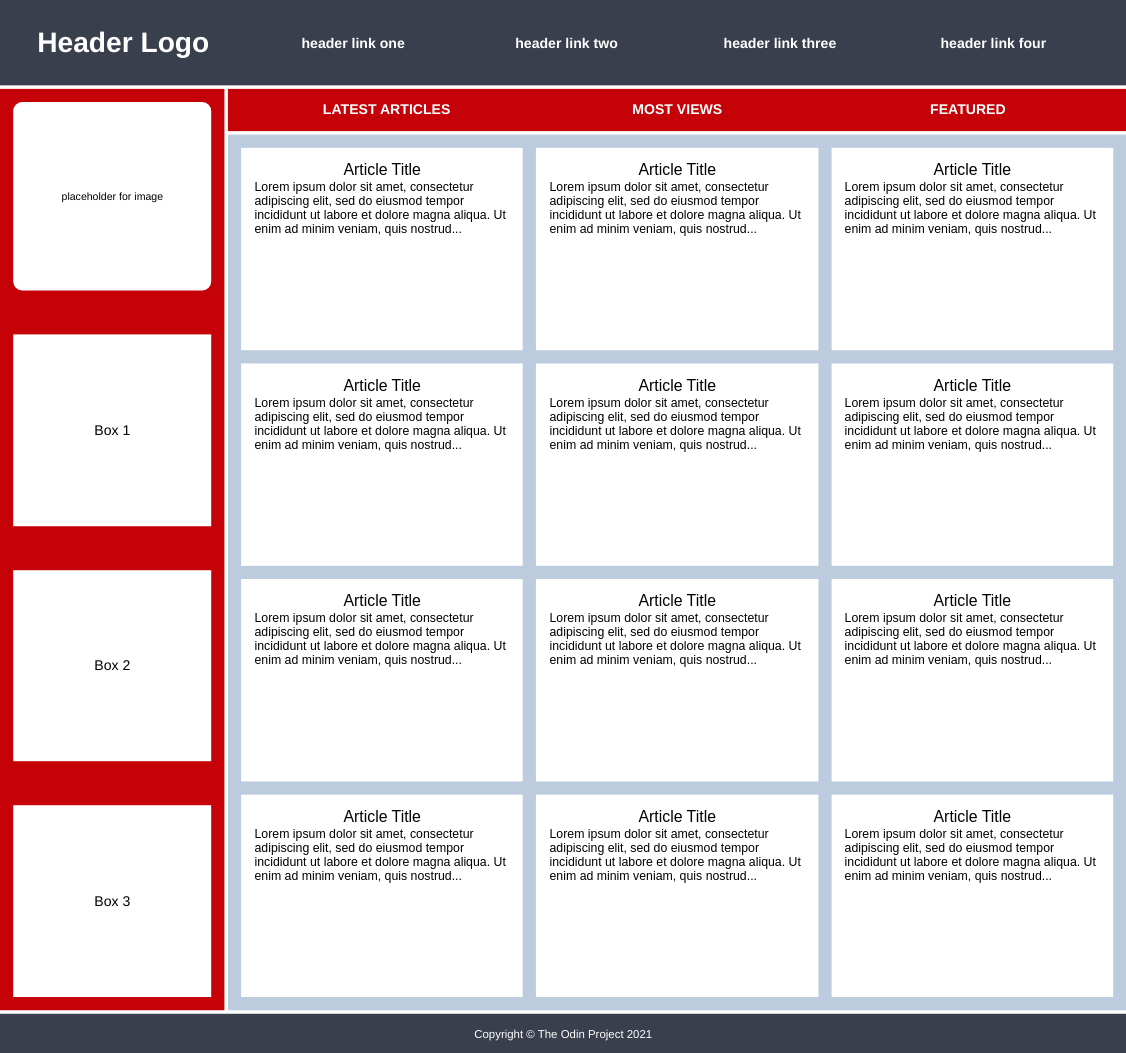
Repository: gkintu/css-exercises
Page: intermediate-html-css/advanced-grid/02-holy-grail-mockup/index.html
These files come from the project's save history. The page is drawn as it stood at one moment and after the next save; the edit follows.
The browser window is 1280 px wide. The pictures show the whole page, at 88% of full size.

Above is the page before, as saved 2025-03-04 11:14:17.

### intermediate-html-css/advanced-grid/02-holy-grail-mockup/index.html
<!DOCTYPE html>
<html lang="en">
  <head>
    <meta charset="UTF-8">
    <meta http-equiv="X-UA-Compatible" content="IE=edge">
    <meta name="viewport" content="width=device-width, initial-scale=1.0">
    <title>Holy Grail Mockup</title>
    <link rel="stylesheet" href="style.css">
  </head>
  <body>
    <div class="container">

      <div class="header">
        <div class="logo">Header Logo</div>
        <div class="menu">
          <ul>
            <li>header link one</li>
            <li>header link two</li>
            <li>header link three</li>
            <li>header link four</li>
          </ul>
        </div>
      </div>

      <div class="sidebar">
        <div class="photo">
          <p>placeholder for image</p>
        </div>
        <div class="side-content">Box 1
        </div>
        <div class="side-content">Box 2
        </div>
        <div class="side-content">Box 3
        </div>
      </div>

      <div class="nav">
        <ul>
          <li>Latest Articles</li>
          <li>Most Views</li>
          <li>Featured</li>
        </ul>
      </div>

      <div class="article">
        <div class="card">
          <p class="title">Article Title</p>
          <p>Lorem ipsum dolor sit amet, consectetur adipiscing elit, sed do eiusmod tempor incididunt ut labore et dolore magna aliqua. Ut enim ad minim veniam, quis nostrud...</p>
        </div>
        <div class="card">
          <p class="title">Article Title</p>
          <p>Lorem ipsum dolor sit amet, consectetur adipiscing elit, sed do eiusmod tempor incididunt ut labore et dolore magna aliqua. Ut enim ad minim veniam, quis nostrud...</p>
        </div>
        <div class="card">
          <p class="title">Article Title</p>
          <p>Lorem ipsum dolor sit amet, consectetur adipiscing elit, sed do eiusmod tempor incididunt ut labore et dolore magna aliqua. Ut enim ad minim veniam, quis nostrud...</p>
        </div>
        <div class="card">
          <p class="title">Article Title</p>
          <p>Lorem ipsum dolor sit amet, consectetur adipiscing elit, sed do eiusmod tempor incididunt ut labore et dolore magna aliqua. Ut enim ad minim veniam, quis nostrud...</p>
        </div>
        <div class="card">
          <p class="title">Article Title</p>
          <p>Lorem ipsum dolor sit amet, consectetur adipiscing elit, sed do eiusmod tempor incididunt ut labore et dolore magna aliqua. Ut enim ad minim veniam, quis nostrud...</p>
        </div>
        <div class="card">
          <p class="title">Article Title</p>
          <p>Lorem ipsum dolor sit amet, consectetur adipiscing elit, sed do eiusmod tempor incididunt ut labore et dolore magna aliqua. Ut enim ad minim veniam, quis nostrud...</p>
        </div>
        <div class="card">
          <p class="title">Article Title</p>
          <p>Lorem ipsum dolor sit amet, consectetur adipiscing elit, sed do eiusmod tempor incididunt ut labore et dolore magna aliqua. Ut enim ad minim veniam, quis nostrud...</p>
        </div>
        <div class="card">
          <p class="title">Article Title</p>
          <p>Lorem ipsum dolor sit amet, consectetur adipiscing elit, sed do eiusmod tempor incididunt ut labore et dolore magna aliqua. Ut enim ad minim veniam, quis nostrud...</p>
        </div>
        <div class="card">
          <p class="title">Article Title</p>
          <p>Lorem ipsum dolor sit amet, consectetur adipiscing elit, sed do eiusmod tempor incididunt ut labore et dolore magna aliqua. Ut enim ad minim veniam, quis nostrud...</p>
        </div>
        <div class="card">
          <p class="title">Article Title</p>
          <p>Lorem ipsum dolor sit amet, consectetur adipiscing elit, sed do eiusmod tempor incididunt ut labore et dolore magna aliqua. Ut enim ad minim veniam, quis nostrud...</p>
        </div>
        <div class="card">
          <p class="title">Article Title</p>
          <p>Lorem ipsum dolor sit amet, consectetur adipiscing elit, sed do eiusmod tempor incididunt ut labore et dolore magna aliqua. Ut enim ad minim veniam, quis nostrud...</p>
        </div>
        <div class="card">
          <p class="title">Article Title</p>
          <p>Lorem ipsum dolor sit amet, consectetur adipiscing elit, sed do eiusmod tempor incididunt ut labore et dolore magna aliqua. Ut enim ad minim veniam, quis nostrud...</p>
        </div>
      </div>

      <div class="footer">
        <p>Copyright © The Odin Project 2021</p>
      </div>

    </div>
  </body>
</html>

### intermediate-html-css/advanced-grid/02-holy-grail-mockup/style.css
* {
  margin: 0;
  padding: 0;
}

.container {
  display: grid;
  text-align: center;
  grid-template-columns: 1fr 4fr;
  gap: 4px;
}

.container div {
  padding: 15px;
  font-size: 32px;
  font-family: Helvetica;
  font-weight: bold;
  color: white;
}

.header {

  background-color: #393f4d;
  display: grid;
  grid-column: 1 / 3;
  grid-template-columns: 1fr 4fr;
  align-items: center;
}

.menu {
  grid-column: 2 / 3;
}

.menu ul {
  display: grid;
  list-style-type: none;
  grid-template-columns: repeat(4, 1fr);

}



.menu ul,
.menu li {
  font-size: 16px;
}

.sidebar {
  background-color: #C50208;
  display:grid;
  gap: 50px;

  grid-column: 1 / 2;
  grid-row: 2/4;
}

.photo,
.side-content {
  display:grid;
  align-items: center;
}

.sidebar .photo {
  background-color: white;
  color: black;
  font-size: 12px;
  font-weight: normal;
  border-radius: 10px;

}


.sidebar .side-content {
  background-color: white;
  color: black;
  font-size: 16px;
  font-weight: normal;
}

.nav {

  background-color: #C50208;
  grid-column: 2 / 3;
  grid-row: 2;
  align-self: start;
}

.nav ul {
  display:grid;
  grid-template-columns: repeat(3, 1fr);

}

.nav ul li {
  font-size: 16px;
  text-transform: uppercase;
  list-style-type: none;
}

.article {

  background-color: #bccbde;
  grid-column: 2 / 3;
  grid-row: 3;
  display:grid;
  grid-template-columns: repeat(auto-fit, minmax(250px, 1fr));
  gap: 15px;

}

.card {
  height: 200px;
  padding: 15px;
}

.article p {
  font-size: 18px;
  font-family: sans-serif;
  color: white;
  text-align: left;
}

.article .card {
  background-color: #FFFFFF;
  color: black;
  text-align: center;
}

.card p {
  color: black;
  font-weight: normal;
  font-size: 14px;
}

.card .title {
  font-size: 18px;
  text-align: center;
}

.footer {


  background-color: #393f4d;
  grid-column: 1 / 3;
  grid-row: 4;
}

.footer p {
  font-size: 13px;
  font-weight: normal;
}

After the next save:
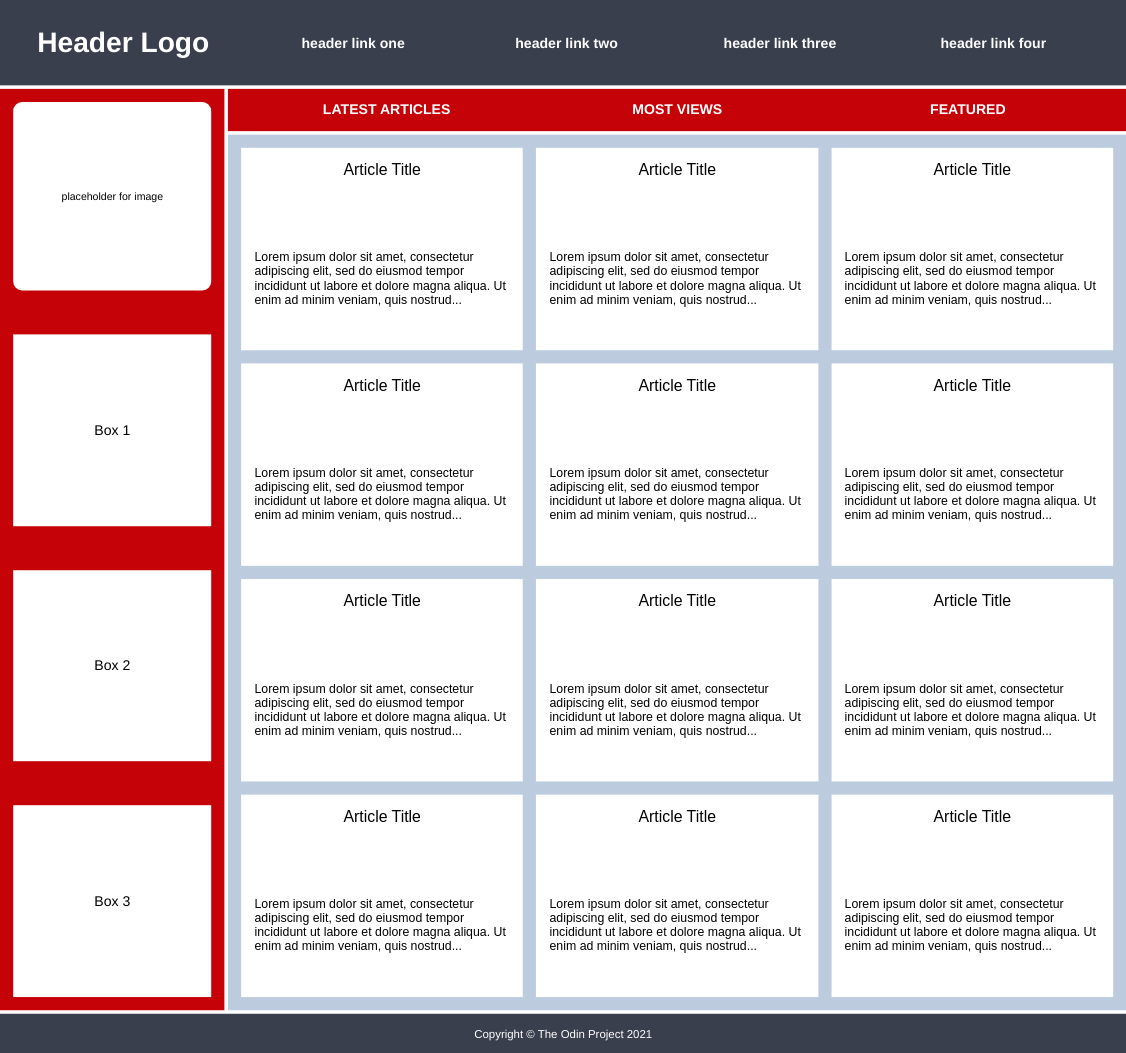
Saved 47 s later.
--- a/intermediate-html-css/advanced-grid/02-holy-grail-mockup/style.css
+++ b/intermediate-html-css/advanced-grid/02-holy-grail-mockup/style.css
@@ -110,7 +110,8 @@
 
 .card {
   height: 200px;
-  padding: 15px;
+  display:grid;
+  gap:45px;
 }
 
 .article p {
